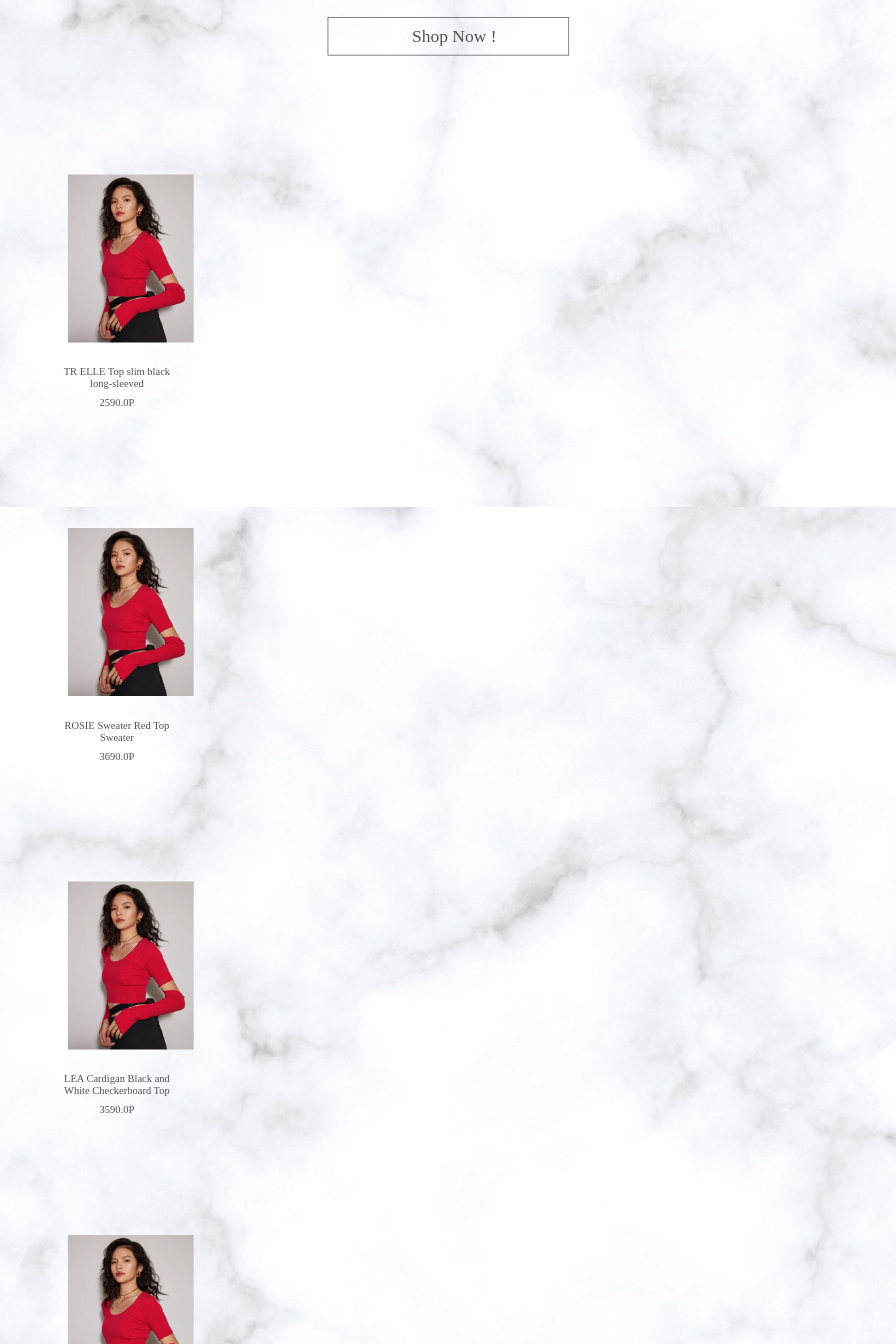
Repository: Sunxu001/OnlineShop-Backend
Page: http://localhost/
These files come from the project's save history. The page is drawn as it stood at one moment and after the next save; the edit follows.
The browser window is 1280 px wide. The pictures show the part of the page from y = 1275 to 3195 px (the page is 6260 px tall before and 3230 px after), at 70% of full size.
Some web libraries are served in a nearby version. The page is served by the project's application, run on Django 4.2 (manage.py). The page reads the database file committed with the project.

Above is the page before, as saved 2022-06-08 11:40:00.

After the next save:
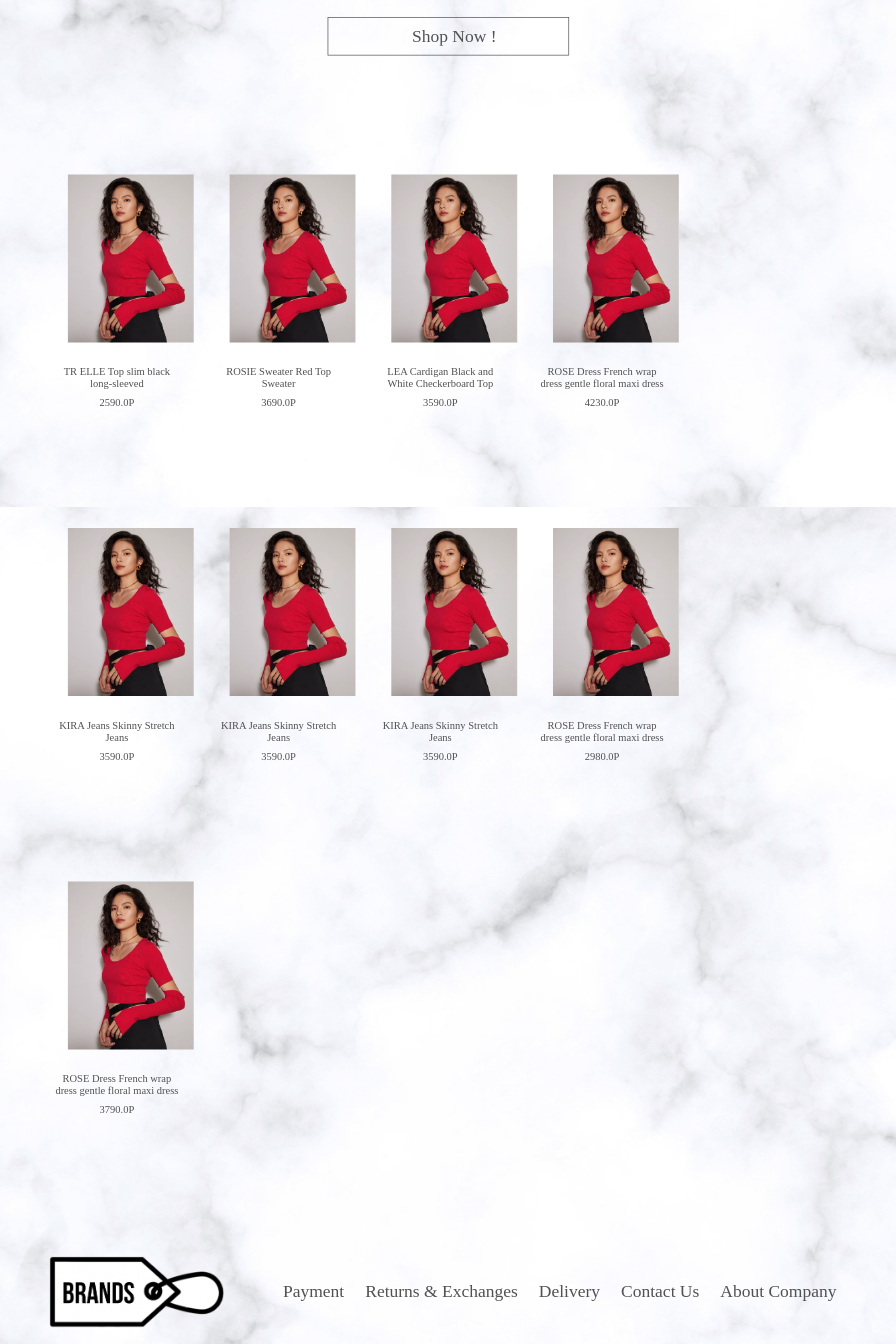
Saved 4 s later.
--- a/WEB-PROJECT/shop/static/css/HOME.css
+++ b/WEB-PROJECT/shop/static/css/HOME.css
@@ -230,7 +230,7 @@ ul{
 
 /*Product-show*/
 .show{
-    display: ;
+    display: inline-block;
     float: inline;
     justify-items: baseline;
     padding-top: 150px;
